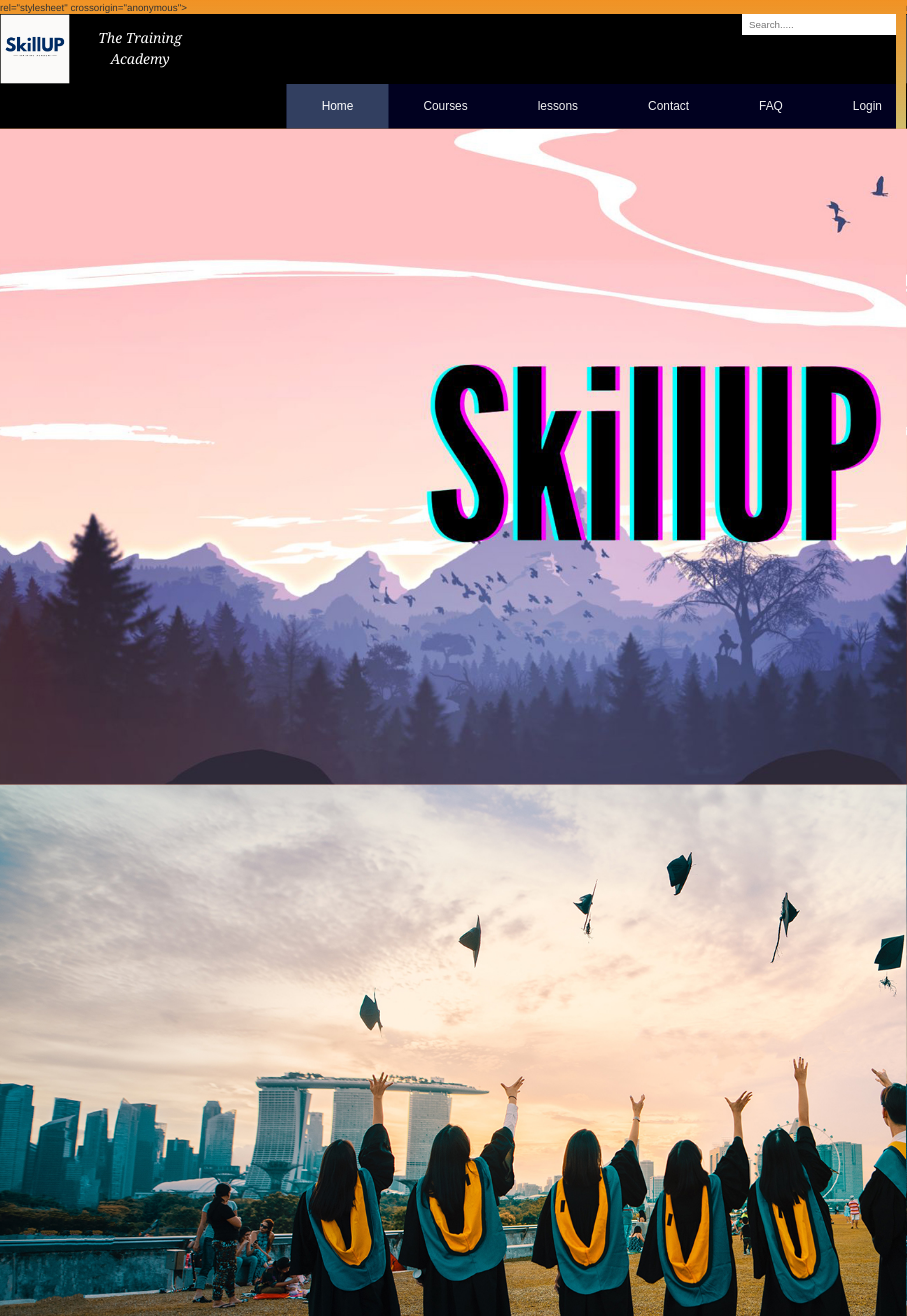
Repository: 2tzz/SkillUp-Academy
Page: Homepage.html
These files come from the project's save history. The page is drawn as it stood at one moment and after the next save; the edit follows.
The browser window is 1280 px wide. The page is 1295 px wide, so the pictures cover 1295 px, including what lies to the right of the window. The pictures show the part of the page from y = 0 to 1880 px (the page is 4113 px tall before and 1918 px after), at 70% of full size.
Some icons come from a web library that is not loaded, so they are not drawn.

Above is the page before, as saved 2022-10-22 17:29:12.

After the next save:
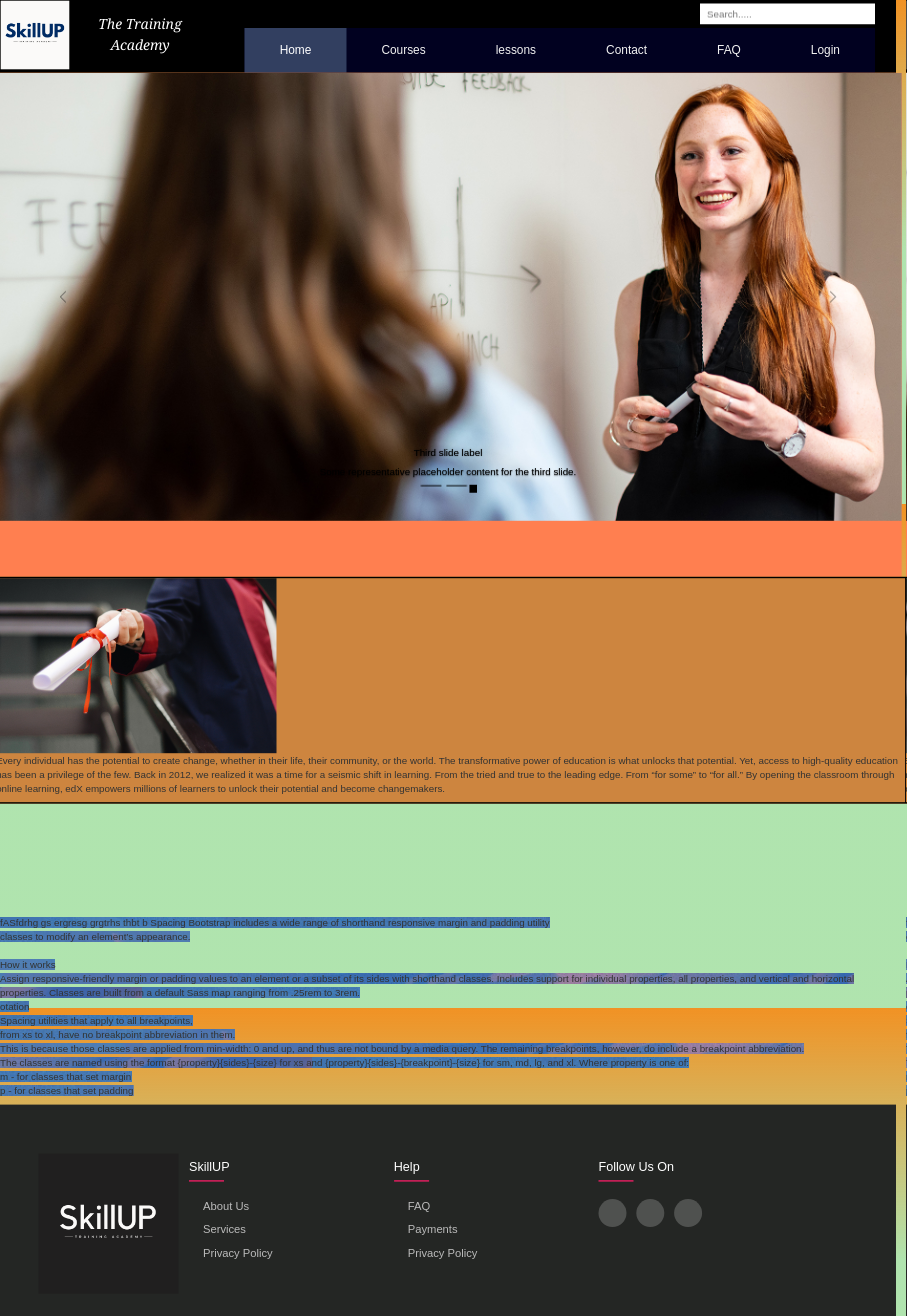
Saved 12 s later.
--- a/Homepage.html
+++ b/Homepage.html
@@ -4,7 +4,7 @@
         <meta charset="UTF-8">
         <meta http-equiv="X-UA-Compatible" content="IE-edge">
         <meta name="viewport" content="width=device-width, initial-scale=1.0">
-        <!-- <link href="https://cdn.jsdelivr.net/npm/bootstrap@5.2.2/dist/css/bootstrap.min.css"  -->
+        <link href="https://cdn.jsdelivr.net/npm/bootstrap@5.2.2/dist/css/bootstrap.min.css"
                     rel="stylesheet" integrity="sha384-Zenh87qX5JnK2Jl0vWa8Ck2rdkQ2Bzep5IDxbcnCeuOxjzrPF/et3URy9Bv1WTRi" crossorigin="anonymous">
         <script src="https://kit.fontawesome.com/yourcode.js" crossorigin="anonymous"></script>
         <script src="https://cdn.jsdelivr.net/npm/bootstrap@5.2.2/dist/js/bootstrap.bundle.min.js"
